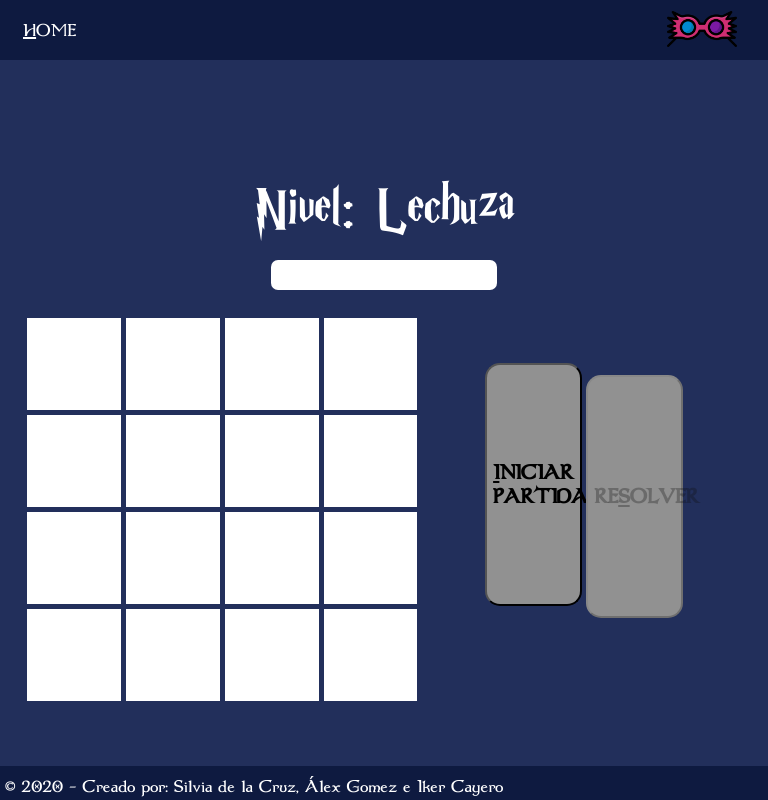
Repository: alexgomezdev/RavenclawSimon
Page: http://localhost/start.php
These files come from the project's save history. The page is drawn as it stood at one moment and after the next save; the edit follows.
The browser window is 768 px wide. The pictures show the whole page.
The page is run by PHP 8.4 with error messages shown; the project is at /var/www/html/.

Above is the page before, as saved 2020-11-10 21:44:25.

After the next save:
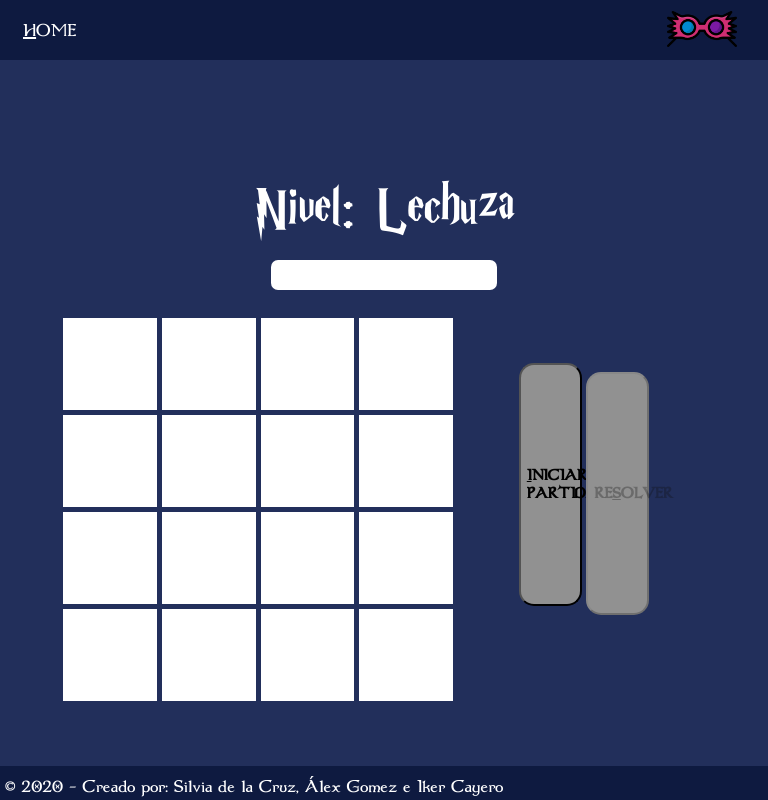
Saved 61 s later.
--- a/templates/start.css
+++ b/templates/start.css
@@ -94,7 +94,7 @@
 
 @media (max-width: 1200px) {
   #progress {
-    width: 25%;
+    width: 20%;
   }
 }
 
@@ -104,7 +104,7 @@
     margin-bottom: 3%;
   }
   .button_play {
-    width: 30%;
+    font-size: 15px;
   }
 }
 
